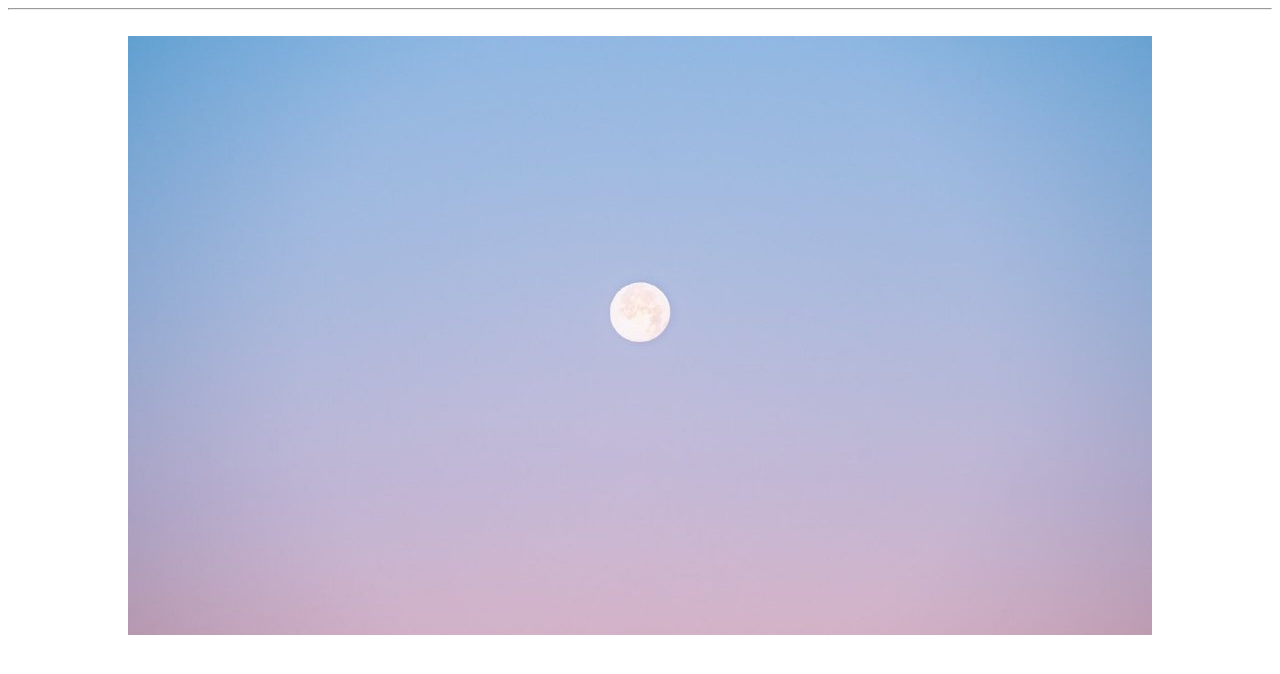
Repository: Matty-GCU/MyEclipse
Page: http://localhost/Java_Web_Learning/chapter04_JSP基本语法/homework/第7题2.jsp
These files come from the project's save history. The page is drawn as it stood at one moment and after the next save; the edit follows.
The browser window is 1280 px wide. The pictures show the whole page.
The page is served by Tomcat 9.

Above is the page before, as saved 2021-09-22 15:48:52.

After the next save:
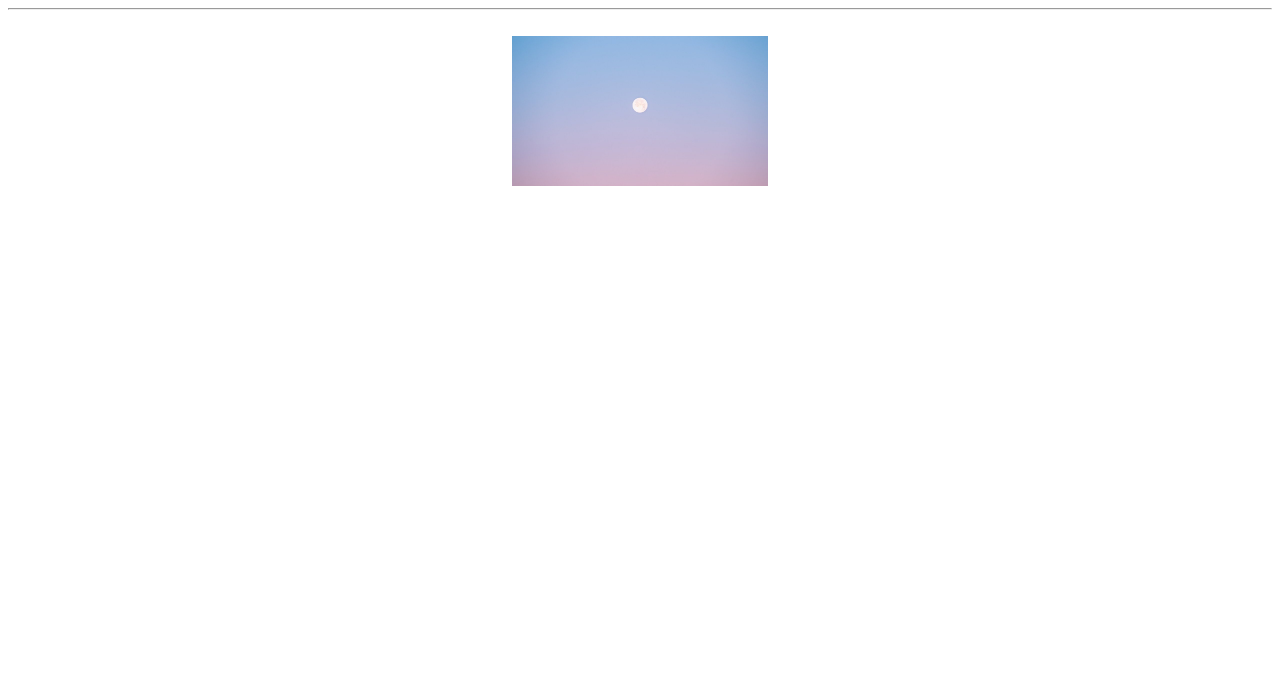
Saved 35 s later.
--- a/Java_Web_Learning/WebRoot/chapter04_JSP基本语法/homework/第7题2.jsp
+++ b/Java_Web_Learning/WebRoot/chapter04_JSP基本语法/homework/第7题2.jsp
@@ -8,6 +8,6 @@
 	</head>
 	<body align="center">
 		<hr><br>
-		<img alt="amazon" src="../images/粉蓝月.jpg">
+		<img alt="amazon" height="150" src="../images/粉蓝月.jpg">
 	</body>
 </html>
